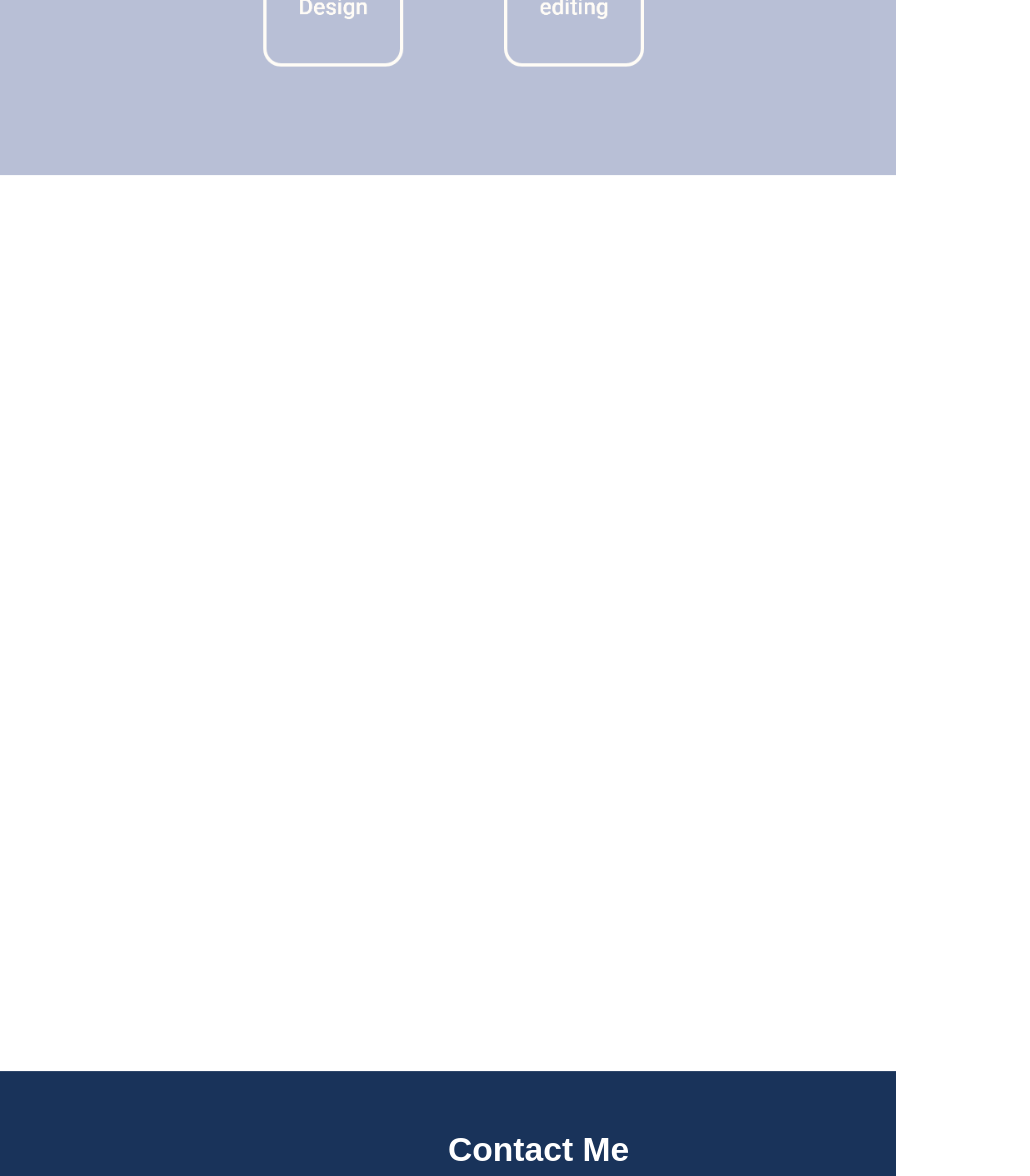
Repository: MEROO1010/my_portfolio
Page: /
The author's editor kept a copy of each file at every save. The page is drawn from the files as they stood at one save, then again after the next save.
The browser window is 1280 px wide. The page is 1472 px wide, so the pictures cover 1472 px, including what lies to the right of the window. The pictures show the part of the page from y = 3113 to 4793 px (the page is 6163 px tall before and 4883 px after), at 70% of full size.
The project was rebuilt for these pictures with package versions that can differ from the ones it lists, and the page was loaded fresh each time. The framework's server and built-in components were replaced by stand-ins that run in the browser. Also part of the build but not shown: next.config.js.

Above is the page before, as saved 2023-10-03 12:34:41.

### pages/_app.tsx
import '../styles/globals.css'
import type { AppProps } from 'next/app'
import 'tailwindcss/tailwind.css'


function MyApp({ Component, pageProps }: AppProps) {
  return <Component {...pageProps} />
}

export default MyApp

### pages/index.tsx
import type { NextPage } from 'next'
import AboutMe from './components/AboutMe'
import ContactMe from './components/ContactMe'
import Experience from './components/Experience'
import HomePage from './components/HomePage'
import Services from './components/Services'

const Home: NextPage = () => {
  return (
    <div>

      <HomePage/>
      <AboutMe/>
      <Experience/>
      <Services/>
      <ContactMe/>
    </div>
  )
}

export default Home

### styles/globals.css
@tailwind base;
@tailwind components;
@tailwind utilities;
@import url('https://fonts.googleapis.com/css2?family=Raleway:ital,wght@0,400;0,500;0,600;0,700;1,500;1,600&display=swap')

### pages/components/AboutMe.tsx
import React from 'react'
import Image from 'next/image'


const AboutMe = () => {
  return (
    <div >


        <div className="  static my-80 py-80  top-20    ">
        <Image src="/assets/images/bg2.png" alt="laptop" width={1920} height={5200}/>
        </div>



        <div className=" text-[#FFFCF6] relative right-20 bottom-60     ">
            <div className=" absolute  mx-60 my-80 py-80 bottom-80  left-24
 ">
            <h1 className="  font-raleway font-bold  text-[50px]">About me</h1>
            <br/>
            </div>

            <div className="absolute  mx-24 py-80 bottom-32 left-24 ">
            <p className='font-raleway  font-medium   text-[50px]'>
            My name is Marwah Alsaggaf,<br/> and I'm software-developer <br/>
            and graphic designer. I <br/>
            graduated from Arab open <br/> university with a major in
             <br/> Information Technology and Computing
            </p>
            </div>
        </div>

    </div>
  )
}

export default AboutMe

### pages/components/ContactMe.tsx
import React from 'react';
import Form from './Form'

const ContactMe =() =>{


  return (
    <div className="static my-80 py-80  top-20">
    <div className="relative py-80 bg-[#19335A]">
      <div className="h-60">
        <h1 className="absolute py-2 px-60 mx-20 top-20 left-80 font-raleway font-bold text-5xl text-white">
          Contact Me
        </h1>
        <Form />
      </div>
    </div>
  </div>
  );
  }

export default ContactMe;

### pages/components/Experience.tsx
import React from "react";
import Image from "next/image";
import { motion } from "framer-motion";
import 'animate.css';


const Experience = () => {
  return (
    <div className="relative   bottom-80">
      <div className="relative  bottom-80      " >
      <div className="bg-[#19335A] static py-12">
        <div className="absolute px-60 py-20 mx-80 left-24  ">
          <h1 className="text-[#FFFCF6] text-[46px]  font-raleway font-bold ">
            Experience
          </h1>
        </div>
        <motion.div
      className="box"
      whileHover={{ scale: 1.1 }}
      transition={{ type: "spring", stiffness: 400, damping: 10 }}
      initial={{ opacity: 0, scale: 0.5 }}
      animate={{ opacity: 1, scale: 1 }}

    >
        <div >
          <Image
            className="relative mx-4 left-24 top-60 "
            src="/assets/images/programming-languges.png" alt={""}
            width={542}
            height={542}
            />
        </div>
        </motion.div>
        <div className="relative mx-60 left-80 bottom-80 ">
        <motion.div
      className="box"
      whileHover={{ scale: 1.1 }}
      transition={{ type: "spring", stiffness: 400, damping: 10 }}
      initial={{ opacity: 0, scale: 0.5 }}
      animate={{ opacity: 1, scale: 1 }}
    >
          <Image
            className="relative mx-60  left-8 top-11 "
            src="/assets/images/software.png"
            alt="laptop"
            width={542}
            height={542}
          />
        </motion.div>
        </div>


      </div>
    </div>
    </div>
  );
};

export default Experience;

### pages/components/HomePage.tsx
import React from 'react'
import Image from 'next/image'


const HomePage = () => {
  return (
    <div className='bg-slate-700'>
        <Image src="/header.png" alt="Header" width={2000} height={0}/>

        <div className='mx-16 py-1  top-1  absolute	  '>
        <Image src="/my_logo_white.png" alt="My Logo" width={50} height={0}/>
        </div>

        <div>
          <ul className=' relative   float-right flex flex-col  px-12 mx-40 py-1 right-28   bottom-14   space-x-16 md:flex-row text-[#FFFCF6] text-[24px] font-raleway'>
            <li>Home</li>
            <li>About Me</li>
            <li>Skills</li>
            <li>My Work</li>
            <li>Contact Me</li>
          </ul>
        </div>


       <div className=' absolute   '>
       <Image src="/assets/images/MainPage.png" alt="main image" width={1920} height={912}/>
        {/*add About Me button*/}
       <div className='absolute px-10 my-80 mx-60 left-80 top-32 '>
       <button className='bg-[#19335A] rounded-3xl w-60 h-10  text-[20px] text-[#B8BFD6] font-raleway font-semibold shadow-xl' >About me</button>
       </div>

        {/*add my others accounts list*/}

        <div>
          <ul className=' absolute   float-right flex flex-col top-80 py-60 px-40 mx-80 right-40   space-x-8 md:flex-row '>
            <li><a href='https://github.com/MEROO1010'><Image src="/assets/images/github.png" alt="main image" width={54} height={54}/></a></li>
            <li><a href='https://www.instagram.com/meroo_alsaggaf/'><Image src="/assets/images/instagram.png" alt="main image" width={64} height={53}/></a></li>
            <li><a href='https://www.behance.net/merooalsaggaf'><Image src="/assets/images/behance.png" alt="main image" width={54} height={54}/></a></li>
            <li><a href='https://www.linkedin.com/in/marwah-alsaggaf-ba44011b2/'><Image src="/assets/images/linkedIn.png" alt="main image" width={54} height={54}/></a></li>
          </ul>
        </div>
       </div>






    </div>
  )
}

export default HomePage

### pages/components/Services.tsx
import React from 'react'
import Square from './Square'

const Services = () => {
  return (
    <div className="relative  bottom-80">
      <div className="relative py-80 bottom-80 bg-[#B8BFD6]">
        <div className="h-40">
          {" "}
          {/* Change h-40 to h-auto */}
          <div>
            <h1 className="relative  px-80 bottom-80 left-60 mx-40 my-20  font-raleway font-bold text-4xl text-[#FFFCF6]">
              Service
            </h1>
          </div>
          <Square />
        </div>
      </div>
    </div>
  );
}

export default Services

### pages/components/Form.tsx
import React, { useState } from 'react';

const Form = () => {
  const [formData, setFormData] = useState({
    name: '',
    email: '',
    message: ''
  });

  const handleSubmit = async (e: { preventDefault: () => void; }) => {
    e.preventDefault();

    try {
      const response = await fetch('/api/contact', {
        method: 'POST',
        headers: {
          'Content-Type': 'application/json'
        },
        body: JSON.stringify(formData)
      });

      if (response.ok) {
        alert('Message sent successfully!');
        setFormData({ name: '', email: '', message: '' });
      } else {
        alert('Error sending message');
      }
    } catch (error) {
      console.error('Error:', error);
      alert('Error sending message');
    }
  };

  const handleChange = (e: { target: { name: any; value: any; }; }) => {
    const { name, value } = e.target;
    setFormData((prevData) => ({
      ...prevData,
      [name]: value
    }));
  };

  return (
    <div className="text-center">
      <form onSubmit={handleSubmit}>
        <input
          type="text"
          name="name"
          placeholder="Name"
          value={formData.name}
          onChange={handleChange}
          className="relative px-4 py-2 mx-4 my-2  left-5 bottom-24 rounded-full h-14 w-80"
        /><br/><br/>
        <input
          type="text"
          name="email"
          placeholder="Email"
          value={formData.email}
          onChange={handleChange}
          className="relative px-4 py-2 mx-4 my-2 left-5 bottom-24 rounded-full h-14 w-80"
        /><br/>
        <textarea
          name="message"
          placeholder="Message"
          value={formData.message}
          onChange={handleChange}
          className="relative px-4 py-2 mx-14 my-20 left-5 bottom-32 rounded-lg h-40 w-80"
        ></textarea>
        <button
          type="submit"
          className="absolute bottom-54 left-64 px-40 py-2 mx-80 my-40 font-raleway text-2xl font-semibold text-white bg-gray-500 w-120 h-12 rounded-full"
        >
          Send
        </button>
      </form>
    </div>
  );
};

export default Form;

### pages/components/Square.tsx
import React from 'react'
import Image from 'next/image'
import { motion } from "framer-motion";


const Square = () => {
  return (
    <div className="flex justify-center items-center h-screen relative  left-48 bottom-40">
    <div className="grid grid-cols-3 gap-20">

        <div className="relative right-40 bottom-60 ">
            <Image src="/assets/images/logodesign.png" alt="Logo Design" width={200} height={200} />
        </div>

        <div className="relative  right-40 bottom-60">
            <Image src="/assets/images/programming.png" alt="Programming" width={240} height={200} />
        </div>

        <div className="relative right-40 bottom-60">
            <Image src="/assets/images/uiux.png" alt="UI/UX Design" width={200} height={200} />
        </div>

        <div className="relative right-4 bottom-60">
            <Image src="/assets/images/webdesign.png" alt="Web Design" width={200} height={200} />
        </div>

        <div className="relative left-2 bottom-60">
            <Image src="/assets/images/videoediting.png" alt="Video Editing" width={200} height={200} />
        </div>
    </div>
</div>

  )
}

export default Square

### tailwind.config.js
/** @type {import('tailwindcss').Config} */
module.exports = {
   purge: ['./pages/**/*.{js,ts,jsx,tsx}', './components/**/*.{js,ts,jsx,tsx}'],
  content: [
    './pages/**/*.{js,ts,jsx,tsx}',
    './components/**/*.{js,ts,jsx,tsx}',
    './app/**/*.{js,ts,jsx,tsx}',
  ],
  theme: {
    extend:
    {
      fontFamily: {
        'raleway': ['Raleway', 'sans-serif']
      },
    },
  },
  plugins: [],
}

After the next save:
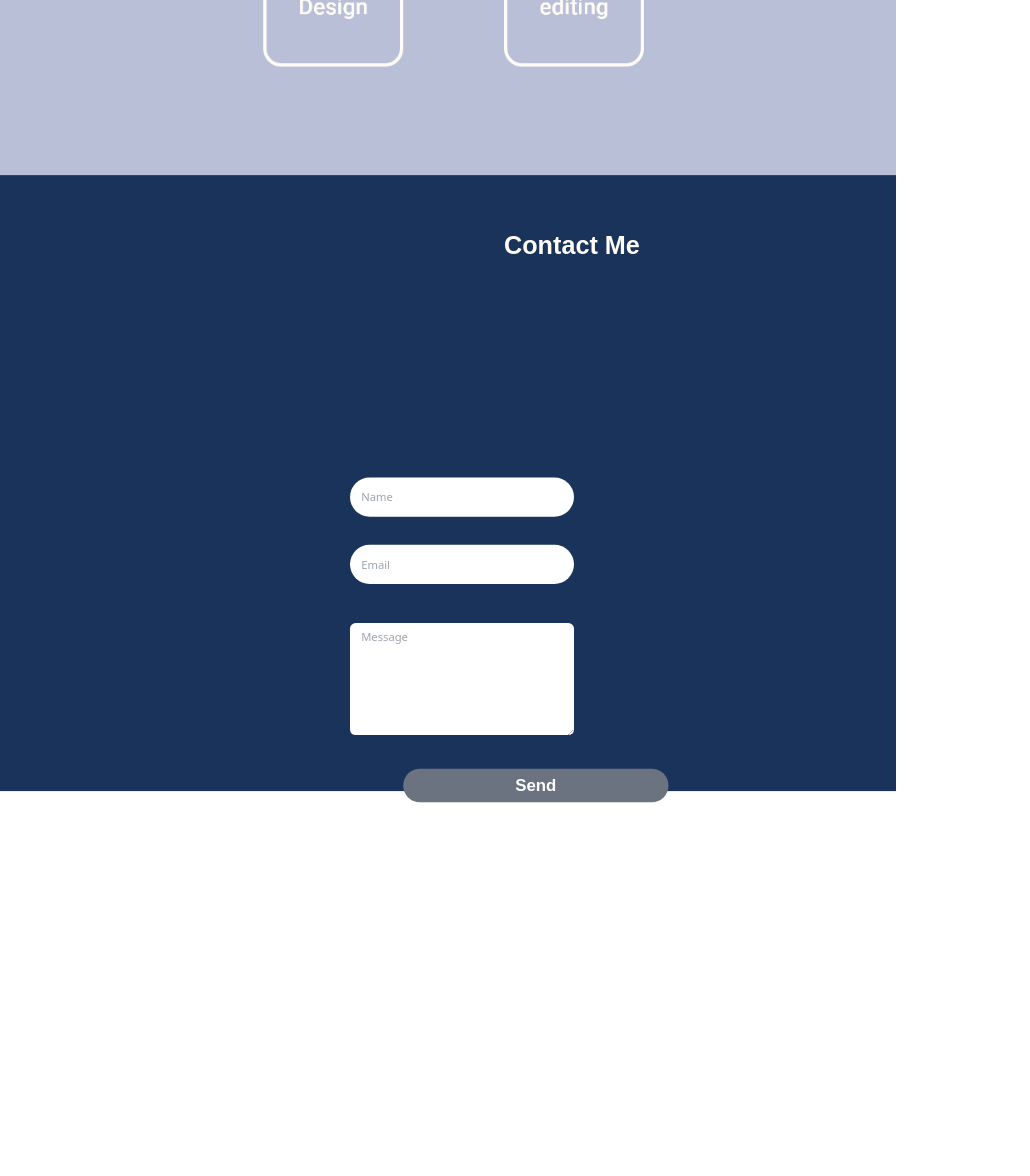
Saved 89 s later.
--- a/pages/components/ContactMe.tsx
+++ b/pages/components/ContactMe.tsx
@@ -5,12 +5,16 @@ const ContactMe =() =>{
 
 
   return (
-    <div className="static my-80 py-80  top-20">
-    <div className="relative py-80 bg-[#19335A]">
-      <div className="h-60">
-        <h1 className="absolute py-2 px-60 mx-20 top-20 left-80 font-raleway font-bold text-5xl text-white">
-          Contact Me
-        </h1>
+    <div className="relative  bottom-80">
+    <div className="relative py-80 bottom-80 bg-[#19335A]">
+      <div className="h-40">
+        {" "}
+        {/* Change h-40 to h-auto */}
+        <div>
+          <h1 className="relative  px-80 bottom-80 left-60 mx-40 my-20  font-raleway font-bold text-4xl text-[#FFFCF6]">
+            Contact Me
+          </h1>
+        </div>
         <Form />
       </div>
     </div>
